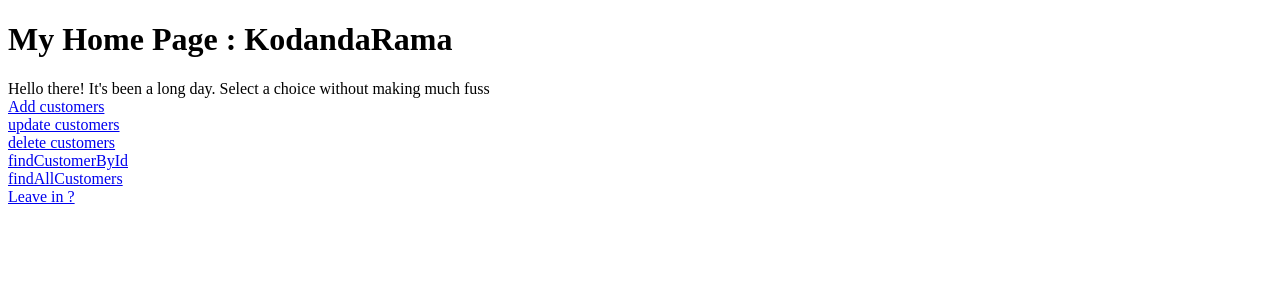
Repository: Rama-13/LaunchPadAllFiles
Page: java-workspace/SpringMVCDemo/WebContent/index.html
The author's editor kept a copy of each file at every save. The page is drawn from the files as they stood at one save, then again after the next save.
The browser window is 1280 px wide. The pictures show the whole page.

Above is the page before, as saved 2019-08-01 11:03:58.

### java-workspace/SpringMVCDemo/WebContent/index.html
<!DOCTYPE html>
<html>
<head>
<meta charset="ISO-8859-1">
<title>Spring MVC</title>
</head>
<body>
<h1>My Home Page : KodandaRama</h1>
Hello there! It's been a long day. Select a choice without making much fuss <br>
<a href = "addcustomers.do">Add customers</a><br>
<a href = "updatecustomers.do">update customers</a><br>
<a href = "deletecustomers.do">delete customers</a><br>
<a href = "findByIdcustomers.do">findCustomerById</a><br>
<a href = "findAllcustomers.do">findAllCustomers</a><br>
<a href = "leave.do">Leave in ?</a>

</body>
</html>

After the next save:
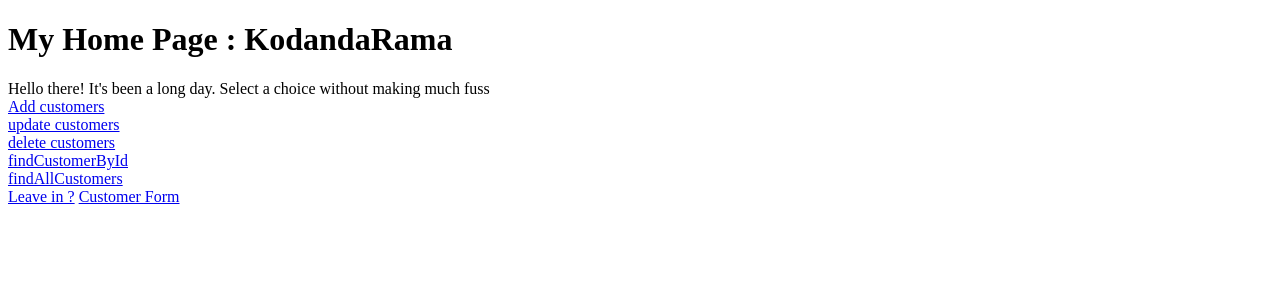
Saved 66 s later.
--- a/java-workspace/SpringMVCDemo/WebContent/index.html
+++ b/java-workspace/SpringMVCDemo/WebContent/index.html
@@ -13,6 +13,7 @@ Hello there! It's been a long day. Select a choice without making much fuss <br>
 <a href = "findByIdcustomers.do">findCustomerById</a><br>
 <a href = "findAllcustomers.do">findAllCustomers</a><br>
 <a href = "leave.do">Leave in ?</a>
+<a href = "Customer form">Customer Form</a>
 
 </body>
 </html>
